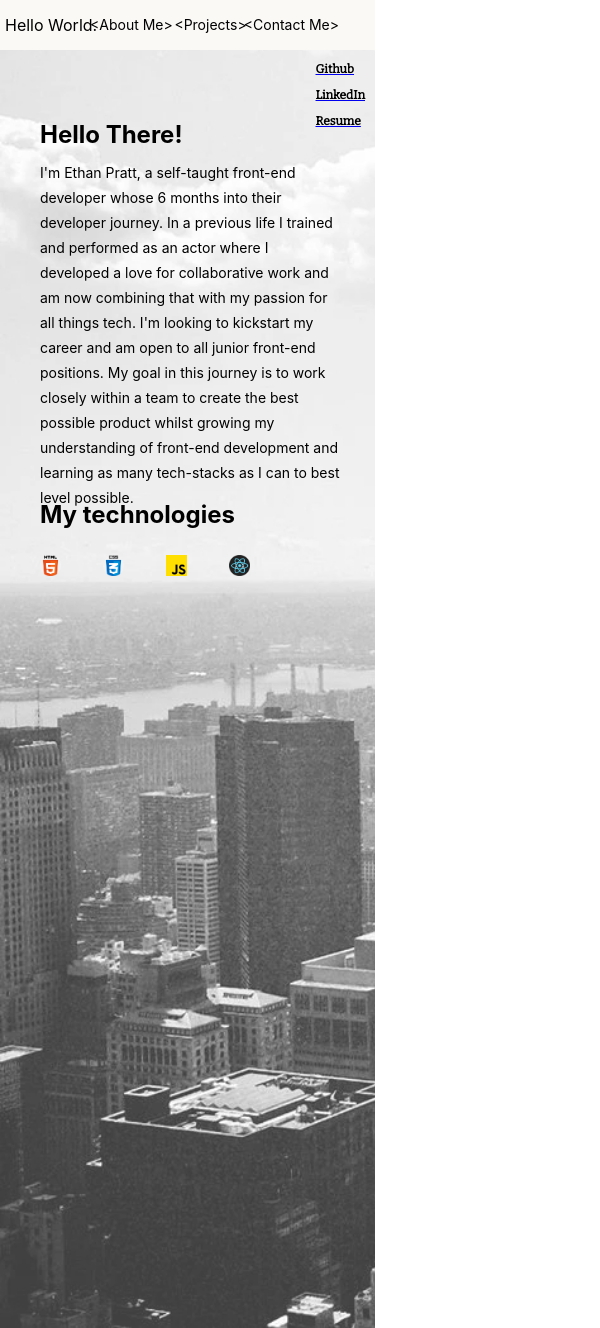
Repository: ghend99/website_ethan_pratt
Page: /about
These files come from the project's save history. The page is drawn as it stood at one moment and after the next save; the edit follows.
The browser window is 375 px wide. The page is 600 px wide, so the pictures cover 600 px, including what lies to the right of the window. The pictures show the whole page.
The project was rebuilt for these pictures with package versions that can differ from the ones it lists, and the page was loaded fresh each time. Also part of the build but not shown: src/pages/home.js, src/pages/project.js, src/css/contact.css, src/pages/contact.js.

Above is the page before, as saved 2023-04-25 09:12:47.

After the next save:
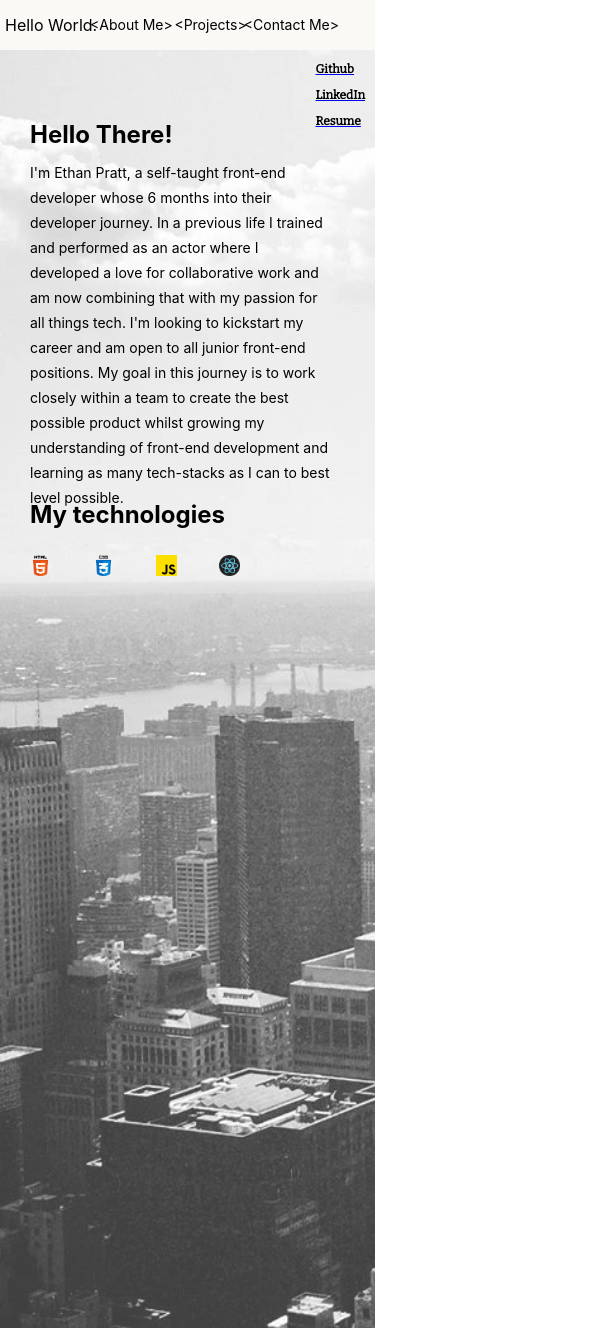
Saved 20 s later.
--- a/src/css/about.css
+++ b/src/css/about.css
@@ -122,20 +122,20 @@
     position: absolute;
     font-size: 24px;
     top: 20px;
-    left: 40px;
+    left: 30px;
   }
 
   .about-paragraph {
     font-size: 14px;
     line-height: 25px;
-    left: 40px;
+    left: 30px;
     min-width: 100px;
     top: 60px;
   }
 
   #technology-container {
     top: 30px;
-    left: 40px;
+    left: 30px;
   }
 
   .technology-header {
